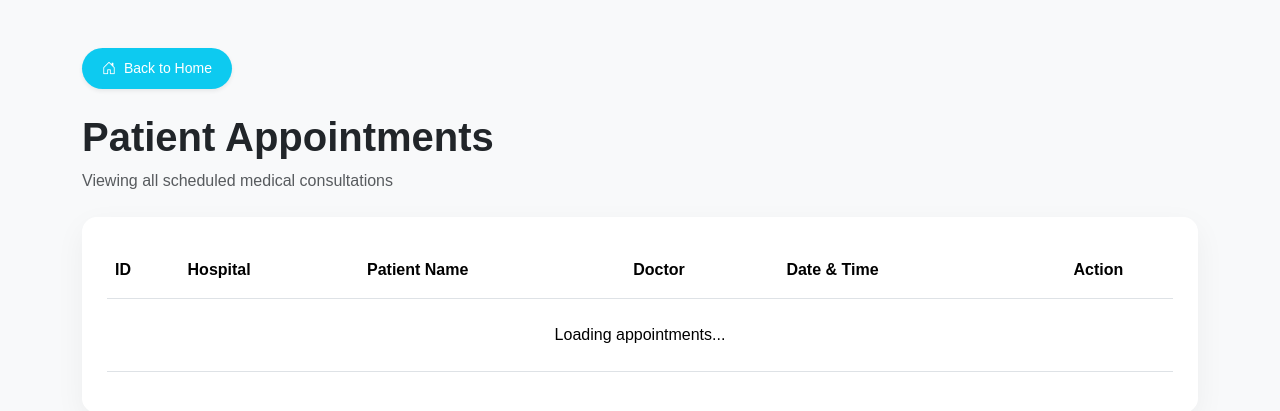
Repository: Rajasekaran0415/LifeCare-Management-System
Page: Project/nurseHompage.html
The author's editor kept a copy of each file at every save. The page is drawn from the files as they stood at one save, then again after the next save.
The browser window is 1280 px wide. The pictures show the whole page.
The page's requests for data from a server got no answer.

Above is the page before, as saved 2026-02-02 22:33:52.

### Project/nurseHompage.html
<!DOCTYPE html>
<html lang="en">
<head>
    <meta charset="UTF-8">
    <meta name="viewport" content="width=device-width, initial-scale=1.0">
    <title>LifeCare | Nurse Dashboard</title>
    <link href="https://cdn.jsdelivr.net/npm/bootstrap@5.3.2/dist/css/bootstrap.min.css" rel="stylesheet">
    <link rel="stylesheet" href="https://cdn.jsdelivr.net/npm/bootstrap-icons@1.11.1/font/bootstrap-icons.css">
    <link rel="stylesheet" href="https://cdnjs.cloudflare.com/ajax/libs/animate.css/4.1.1/animate.min.css"/>
    <style>
        body { background-color: #f8f9fa; font-family: 'Poppins', sans-serif; }
        .table-container { background: white; border-radius: 15px; padding: 25px; box-shadow: 0 10px 30px rgba(0,0,0,0.05); }
        .table thead { background-color: #0dcaf0; color: white; }
        .nav-back { background: #0dcaf0; padding: 10px 20px; border-radius: 50px; display: inline-block; transition: 0.3s; }
        .nav-back:hover { background: #0baccc; transform: translateX(-5px); }
        .badge-date { background-color: #e3f2fd; color: #0d6efd; border: 1px solid #0d6efd; }
    </style>
</head>
<body>

<div class="container py-5">
    <div class="text-start mb-4 animate__animated animate__fadeIn">
        <a href="index.html" class="nav-back text-white text-decoration-none small shadow-sm">
            <i class="bi bi-house-door me-2"></i>Back to Home
        </a>
        <h1 class="mt-4 fw-bold text-dark">Patient Appointments</h1>
        <p class="text-muted">Viewing all scheduled medical consultations</p>
    </div>

    <div class="table-container animate__animated animate__fadeInUp">
        <div class="table-responsive">
            <table class="table table-hover align-middle">
                <thead>
                    <tr>
                        <th class="py-3">ID</th>
                        <th class="py-3">Hospital</th>
                        <th class="py-3">Patient Name</th>
                        <th class="py-3">Doctor</th>
                        <th class="py-3">Date & Time</th>
                        <th class="py-3 text-center">Action</th>
                    </tr>
                </thead>
                <tbody id="appointmentTableBody">
                    <tr>
                        <td colspan="6" class="text-center py-4">Loading appointments...</td>
                    </tr>
                </tbody>
            </table>
        </div>
    </div>
</div>

<script>
    const API_URL = "http://localhost:8080/appointments/getall";

    async function loadAppointments() {
        try {
            const response = await fetch(API_URL);
            if (!response.ok) throw new Error("Network response was not ok");

            const appointments = await response.json();

            const tableBody = document.getElementById('appointmentTableBody');
            tableBody.innerHTML = "";

            if (appointments.length === 0) {
                tableBody.innerHTML = "<tr><td colspan='6' class='text-center'>No appointments found in the database.</td></tr>";
                return;
            }


            appointments.forEach(app => {
                tableBody.innerHTML += `
                    <tr>
                        <td class="fw-bold text-info">#${app.id}</td>
                        <td><i class="bi bi-hospital me-2"></i>${app.hospitalName}</td>
                        <td class="fw-semibold">${app.patientName}</td>
                        <td>Dr. ${app.doctorName}</td>
                        <td>
                            <span class="badge badge-date text-dark">${app.appointmentDate}</span>
                            <br>
                            <small class="text-muted"><i class="bi bi-clock me-1"></i>${app.appointmentTime}</small>
                        </td>
                        <td class="text-center">
                            <button class="btn btn-sm btn-outline-info rounded-pill px-3">
                                <i class="bi bi-eye me-1"></i>Details
                            </button>
                        </td>
                    </tr>
                `;
            });
        } catch (error) {
            console.error("Error fetching data:", error);
            document.getElementById('appointmentTableBody').innerHTML =
             window.onload = loadAppointments;
        }
        }



</script>

<script src="https://cdn.jsdelivr.net/npm/bootstrap@5.3.2/dist/js/bootstrap.bundle.min.js"></script>
</body>
</html>

After the next save:
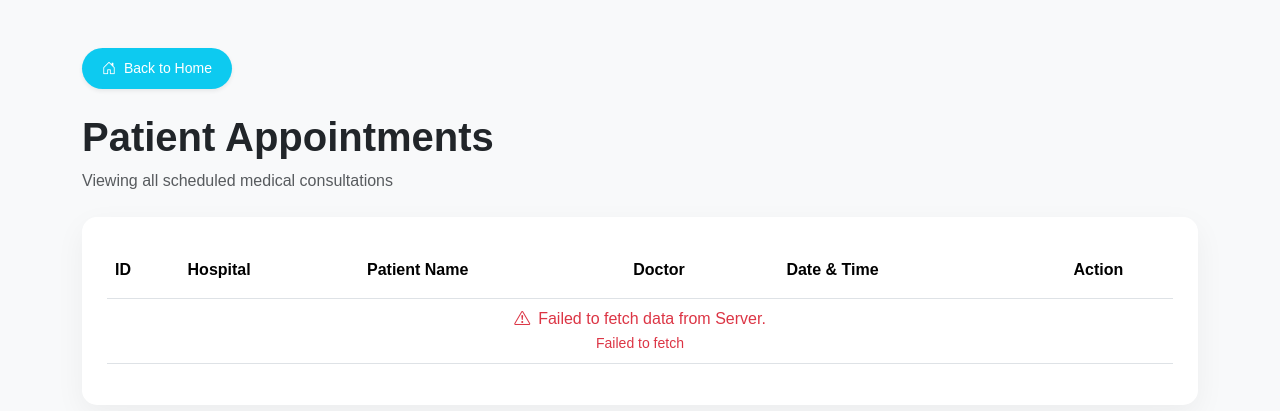
Saved 2 days later.
--- a/Project/nurseHompage.html
+++ b/Project/nurseHompage.html
@@ -54,32 +54,31 @@
     const API_URL = "http://localhost:8080/appointments/getall";
 
     async function loadAppointments() {
+        const tableBody = document.getElementById('appointmentTableBody');
+
         try {
             const response = await fetch(API_URL);
             if (!response.ok) throw new Error("Network response was not ok");
 
             const appointments = await response.json();
-
-            const tableBody = document.getElementById('appointmentTableBody');
             tableBody.innerHTML = "";
 
             if (appointments.length === 0) {
-                tableBody.innerHTML = "<tr><td colspan='6' class='text-center'>No appointments found in the database.</td></tr>";
+                tableBody.innerHTML = "<tr><td colspan='6' class='text-center'>No appointments found.</td></tr>";
                 return;
             }
-
 
             appointments.forEach(app => {
                 tableBody.innerHTML += `
                     <tr>
                         <td class="fw-bold text-info">#${app.id}</td>
-                        <td><i class="bi bi-hospital me-2"></i>${app.hospitalName}</td>
-                        <td class="fw-semibold">${app.patientName}</td>
-                        <td>Dr. ${app.doctorName}</td>
+                        <td><i class="bi bi-hospital me-2"></i>${app.hospitalName || 'N/A'}</td>
+                        <td class="fw-semibold">${app.patientName || 'N/A'}</td>
+                        <td>Dr. ${app.doctorName || 'N/A'}</td>
                         <td>
-                            <span class="badge badge-date text-dark">${app.appointmentDate}</span>
+                            <span class="badge badge-date text-dark">${app.appointmentDate || 'N/A'}</span>
                             <br>
-                            <small class="text-muted"><i class="bi bi-clock me-1"></i>${app.appointmentTime}</small>
+                            <small class="text-muted"><i class="bi bi-clock me-1"></i>${app.appointmentTime || ''}</small>
                         </td>
                         <td class="text-center">
                             <button class="btn btn-sm btn-outline-info rounded-pill px-3">
@@ -91,13 +90,14 @@
             });
         } catch (error) {
             console.error("Error fetching data:", error);
-            document.getElementById('appointmentTableBody').innerHTML =
-             window.onload = loadAppointments;
+            tableBody.innerHTML = `<tr><td colspan='6' class='text-center text-danger'>
+                <i class="bi bi-exclamation-triangle me-2"></i>Failed to fetch data from Server.
+                <br><small>${error.message}</small></td></tr>`;
         }
-        }
+    }
 
-
-
+    // பக்கம் லோடு ஆனவுடன் பங்க்ஷனை அழைக்க
+    window.onload = loadAppointments;
 </script>
 
 <script src="https://cdn.jsdelivr.net/npm/bootstrap@5.3.2/dist/js/bootstrap.bundle.min.js"></script>
